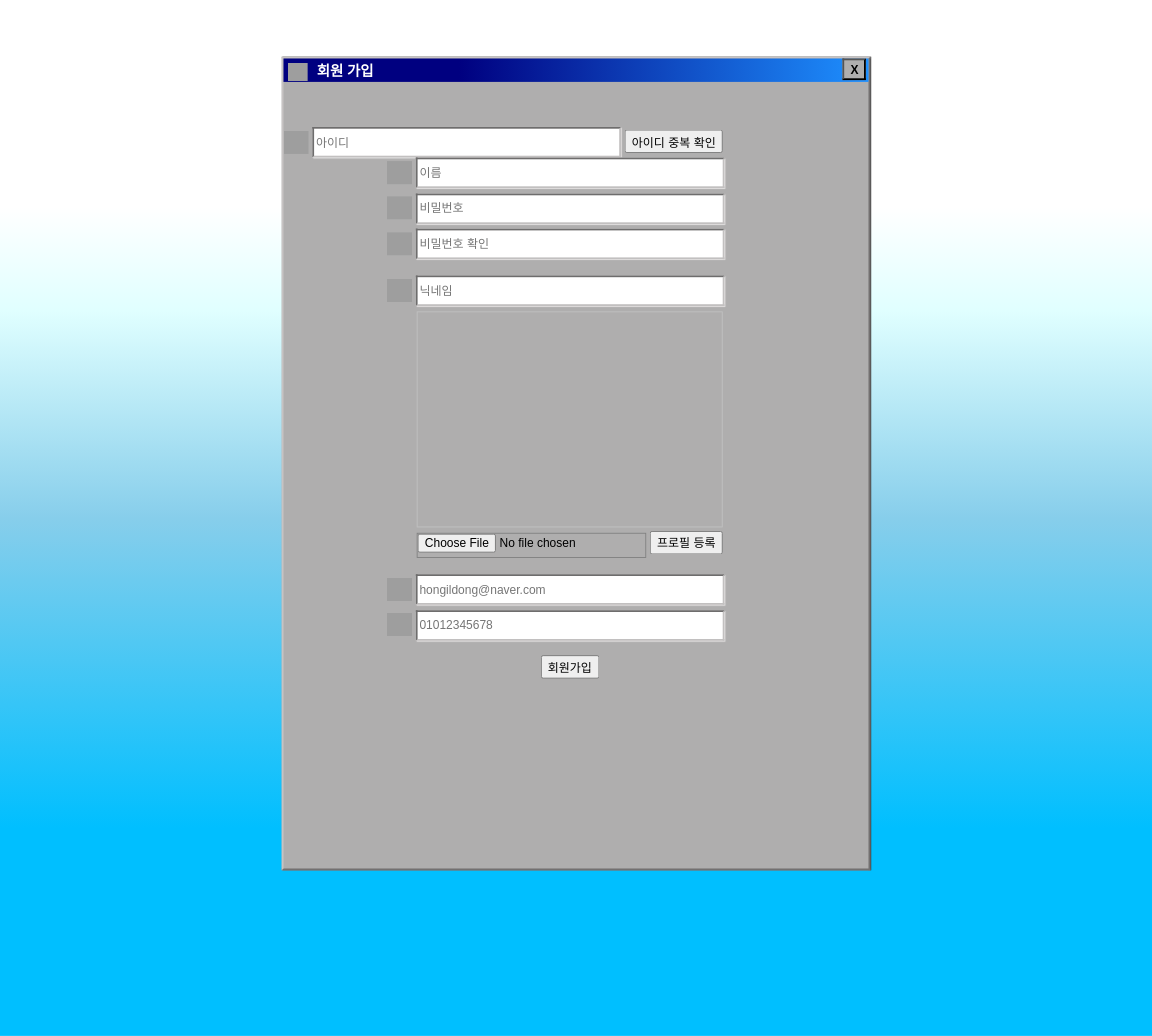
Repository: SEOGWANGWON/semi-finally
Page: http://localhost/semi_team/SHINeeRegister.jsp
The author's editor kept a copy of each file at every save. The page is drawn from the files as they stood at one save, then again after the next save.
The browser window is 1280 px wide. The pictures show the whole page, at 90% of full size.
Pictures or frames that could not be fetched are drawn as grey boxes. The page is served by Tomcat 9.

Above is the page before, as saved 2023-11-17 03:08:41.

After the next save:
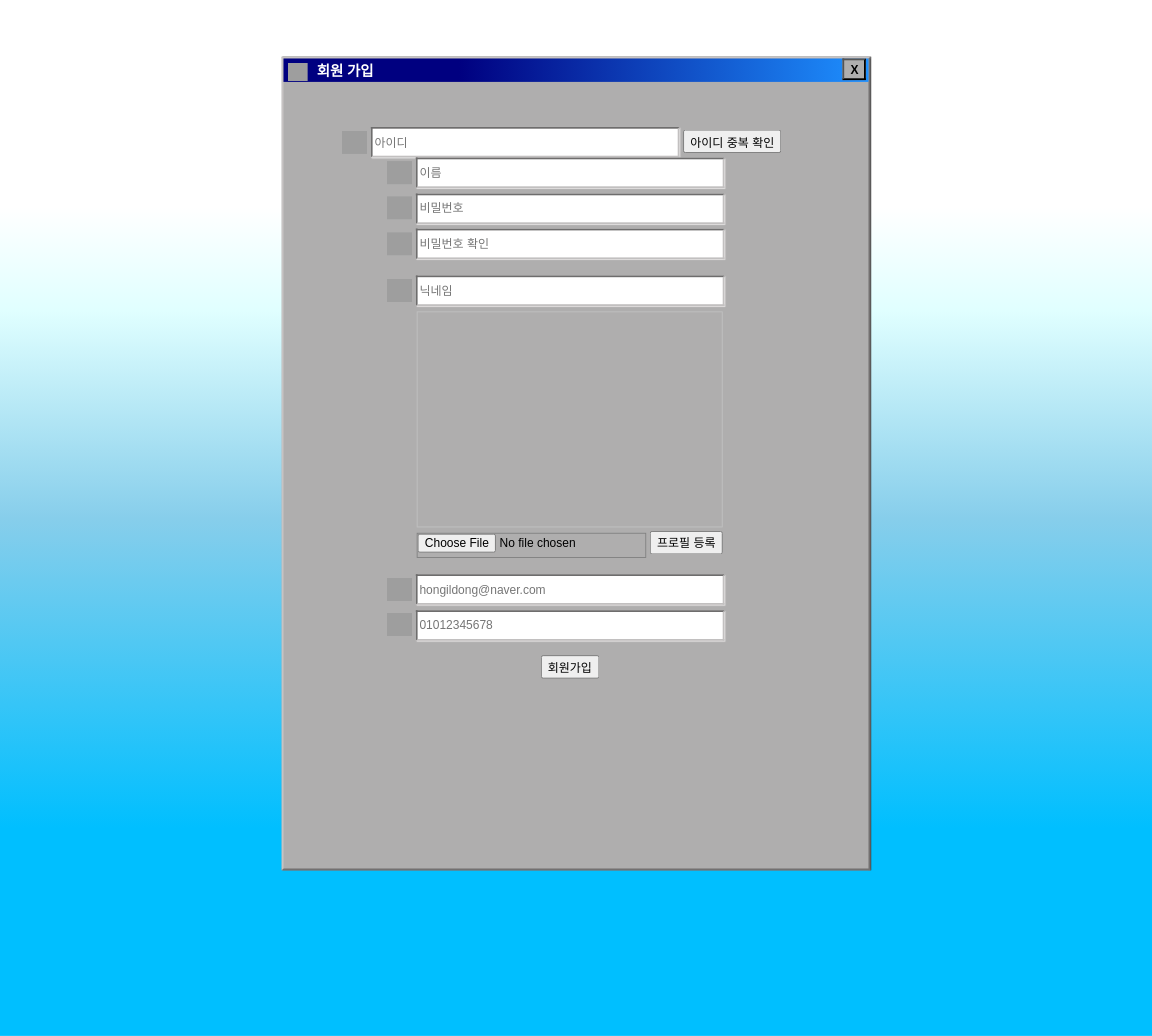
Saved 8 min 24 s later.
--- a/semi_team/src/main/webapp/css/광원님.css
+++ b/semi_team/src/main/webapp/css/광원님.css
@@ -38,7 +38,11 @@ body{
     box-shadow: 1px 1px 1px 0 rgb(224, 222, 222);
 }
 #divid{
+	width: 550px;
 	padding: 50px 0 0 0;
+	margin-left: 10%;
+	border-radius: 5%;
+
 }
 
 #createAccount{
